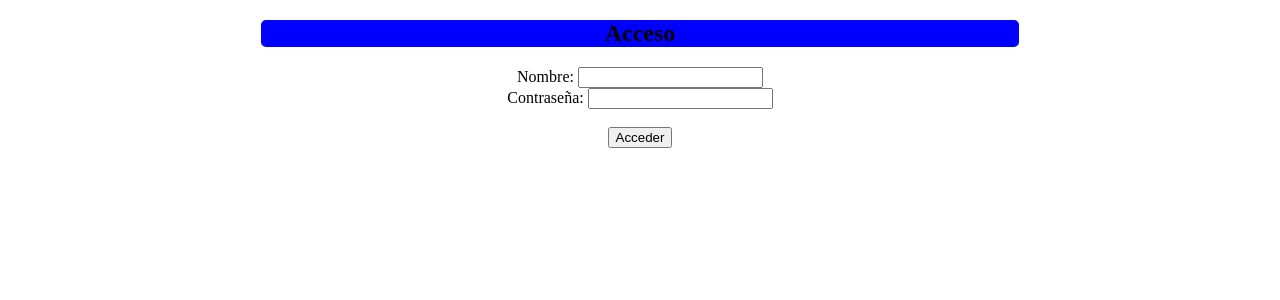
Repository: MateoSantander/Ejercicios4y5
Page: http://localhost/Ejercicio_4/JSP_login.jsp
An editor plug-in stored every save of this project. The page is shown before and after the next save, followed by the edit.
The browser window is 1280 px wide. The pictures show the whole page.
The page is served by Tomcat 9.

Above is the page before, as saved 2022-03-18 13:36:56.

After the next save:
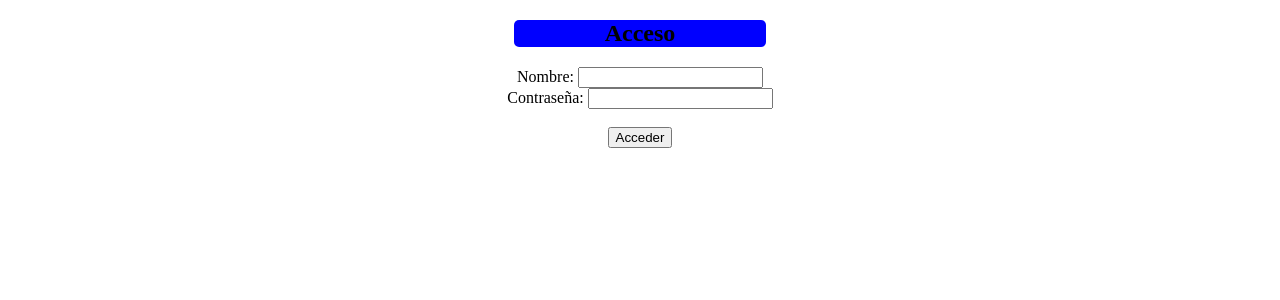
Saved 31 s later.
--- a/Ejercicio_4/src/main/webapp/css/design.css
+++ b/Ejercicio_4/src/main/webapp/css/design.css
@@ -3,8 +3,8 @@
 h2{
 	 color:rgb(rgb(255, 0, 0), green, blue);
         text-align:center;
-        margin-left: 20%;
-    	margin-right: 20%;
+        margin-left: 40%;
+    	margin-right: 40%;
         border-radius: 5px;
         background-color: blue;
 }
